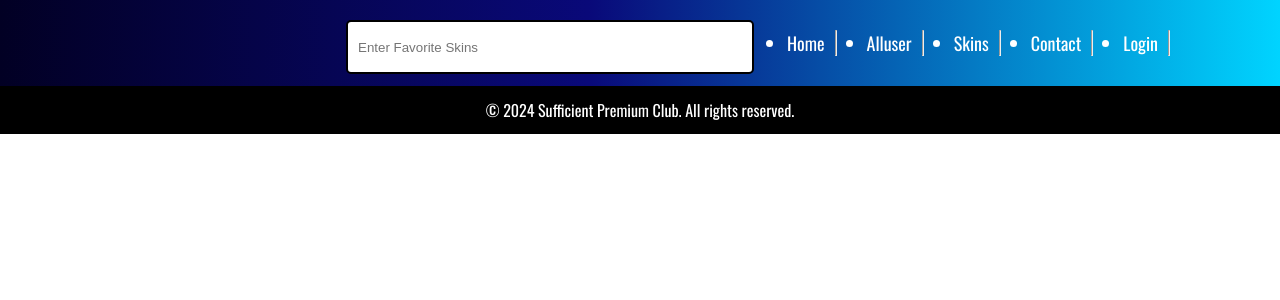
Repository: TechMukul/new
Page: /About
The author's editor kept a copy of each file at every save. The page is drawn from the files as they stood at one save, then again after the next save.
The browser window is 1280 px wide. The pictures show the whole page.
Some web fonts or font styles are not loaded; a fallback is used. The project was rebuilt for these pictures with package versions that can differ from the ones it lists, and the page was loaded fresh each time. The framework's server and built-in components were replaced by stand-ins that run in the browser. Also part of the build but not shown: next.config.mjs.

Above is the page before, as saved 2024-08-09 15:01:21.

### pages/_app.tsx
// pages/_app.tsx
import { AppProps } from 'next/app';
import Head from 'next/head'; // Import Head from next/head
import '../styles/globals.css';
import Navbar from '@/Components/Navbar';
import Footer from '@/Components/Footer';

function MyApp({ Component, pageProps }: AppProps) {
  return (
    <>
      <Head>
        <link rel="preconnect" href="https://fonts.googleapis.com" />
        <link rel="preconnect" href="https://fonts.gstatic.com"  />
        <link
          href="https://fonts.googleapis.com/css2?family=Aclonica&family=Oswald:wght@200..700&display=swap"
          rel="stylesheet"
        />
      </Head>
      <Navbar />
      <Component {...pageProps} />
      <Footer />
    </>
  );
}

export default MyApp;

### styles/globals.css
*{
  margin: 0%;
  padding: 0%;
}

body {
  font-family: 'Oswald', sans-serif; /* Apply Oswald font to the whole document */
}

h1 {
  font-family: 'Aclonica', sans-serif; /* Apply Aclonica font to all h1 elements */
}

### Components/Navbar/index.tsx
import React, { useEffect, useState } from 'react';
import style from './index.module.scss';
import Link from 'next/link';
import axios from 'axios';
import { useRouter } from 'next/router';

const Navbar = () => {
  const [isMenuOpen, setIsMenuOpen] = useState(false);
  const [coins, setCoins] = useState<number>(0);  // Fixed variable name for clarity
  const [isAuthenticated, setIsAuthenticated] = useState<boolean>(false);
  const [userRole, setUserRole] = useState<string | null>(null);
  const router = useRouter();

  const toggleMenu = () => {
    setIsMenuOpen(prevState => !prevState);
  };

  useEffect(() => {
    const token = localStorage.getItem("accessToken");
    const role = localStorage.getItem("role");
    setIsAuthenticated(!!token);
    setUserRole(role);

    const fetchCoins = async () => {
      if (token) {
        try {
          const userId = localStorage.getItem("userId");
          if (userId) {
            const response = await axios.get(
              `https://www.referback.trollsufficient.com/admin/coins/${userId}`,
              {
                headers: {
                  Authorization: `Bearer ${token}`,
                  "Content-Type": "application/json",
                },
              }
            );
            setCoins(response.data.coins);
          }
        } catch (error) {
          console.error("Error fetching coins:", error);
        }
      }
    };

    fetchCoins();
  }, [isAuthenticated]);

  const handleLogout = () => {
    localStorage.removeItem("accessToken");
    localStorage.removeItem("userName");
    localStorage.removeItem("userId");
    localStorage.removeItem("userCoins");
    localStorage.removeItem("role");
    setCoins(0);
    setIsAuthenticated(false);
    setUserRole(null);
    router.push("/");
  };

  return (
    <>
      <div className={style.hamburger} onClick={toggleMenu}>
        ☰
      </div>
      <div className={style.image}></div>
      <div className={style.search_box}>
        <input className={style.input} placeholder='Enter Favorite Skins' />
      </div>
      <ul className={`${style.caintainer} ${isMenuOpen ? style.showMenu : ''}`}>
        <li className={style.items}>
          <div className={style.name}>
            <Link href="/"  style={{textDecoration:"none",color:"white"}}>
              <p>Home</p>
            </Link>
            <hr className={style.line} />
          </div>
        </li>
        <li className={style.items}>
          <div className={style.name}>
            <Link href="/Tree"  style={{textDecoration:"none",color:"white"}}>
              <p>Alluser</p>
            </Link>
            <hr className={style.line} />
          </div>
        </li>
        <li className={style.items}>
          <div className={style.name}>
            <p>Skins</p>
            <hr className={style.line} />
          </div>
        </li>
        <li className={style.items}>
          <div className={style.name}>
            <Link href="/contact"  style={{textDecoration:"none",color:"white"}}>
              <p>Contact</p>
            </Link>
            <hr className={style.line} />
          </div>
        </li>
        <li className={style.items}>
          <div className={style.name}>
            {!isAuthenticated ? (
              <Link href="/Login"  style={{textDecoration:"none",color:"white"}}>
                <p>Login</p>
              </Link>
            ) : (
              <button
                className={style.links}
                onClick={handleLogout}
              >
                Logout
              </button>
            )}
            <hr className={style.line} />
          </div>
        </li>
      </ul>
    </>
  );
};

export default Navbar;

### Components/Footer/index.tsx
import React from 'react';
import styles from './inde.module.scss';

const Footer = () => {
  return (
    <div className={styles.footer}>
      <div className={styles.text}>
        © 2024 Sufficient Premium Club. All rights reserved.
      </div>
      <div className={`${styles.icon} ${styles['mobile-hidden']}`}>
        {/* <img
          src='https://upload.wikimedia.org/wikipedia/commons/thumb/5/5e/WhatsApp_icon.png/598px-WhatsApp_icon.png'
          alt='WhatsApp Icon'
        /> */}
      </div>
    </div>
  );
}

export default Footer;

### Components/Navbar/index.module.scss
.caintainer {
  display: flex;
  justify-content: end;
  padding: 30px;
  color: white;
  background: rgb(2,0,36);
  background: linear-gradient(90deg, rgba(2,0,36,1) 0%, rgba(9,9,121,1) 46%, rgba(0,212,255,1) 100%);
  z-index: 40;
  gap: 30px;
}
.search_box{
    width:100%;
    // border: 1px solid white;
    position: absolute;
    // background-color: red;
    display: flex;
    justify-content: center;
    top: 20px;
    right: 90px;
    .input{
      padding: 10px;
      width: 30%;
      height: 30px;
      border: 2px solid black;
      border-radius: 5px;

    }
}
.items {
  position: relative;
  right: 80px;
  font-size: 18px;
}

.name {
  display: flex;
}

.name p {
  cursor: pointer;
}

.name p:hover {
  transform: scale(1.2);
  transition: transform 0.3s linear;
}

.line {
  margin-left:10px;
}



.hamburger {
  display: none;
  font-size: 24px;
  cursor: pointer;
  position: absolute;
  left: 20px;
  top: 20px;
  z-index: 50;
}

@media screen and (max-width: 768px) {
  .caintainer {
      display: none;
  }

  .hamburger {
      display: block;
      color: white;
  }
  .line{
      display: none;
  }
  .name {
      position: absolute;
      top: 100px;
      width: 100%;
      font-size: 30px;
  }
  .name p{
      border-bottom: 1px solid white;
      border-top: 1px solid white;
  }
  .showMenu {
      display: flex;
      flex-direction: column;
      justify-content: start;
      gap: 80px;
      align-items: center;
      top: 0px;
      height: 100vh;
      width: 70%;
      list-style-type: none;
  }
  .search_box{
    width:100%;
    position: absolute;
    display: flex;
    justify-content: center;
    top: 20px;
    right: 5px;
    .input{
      padding: 10px;
      width: 60%;
      height: 30px;
      border: 2px solid black;
      border-radius: 5px;

    }
  }
}

### Components/Footer/inde.module.scss
.footer {
    width: 100%;
    height: 3rem; /* Equivalent to h-12 in Tailwind */
    display: flex;
    justify-content: center;
    align-items: center;
    background-color: black;
    color: white;
    // position: absolute;
    bottom: 0;

    .text {
      margin: 0;
    }

    .icon {
      position: absolute;
      height: 2.5rem; /* Equivalent to h-10 in Tailwind */
      width: 3rem; /* Equivalent to w-12 in Tailwind */
      bottom: 1.75rem; /* Equivalent to bottom-7 in Tailwind */
      right: 3.5rem; /* Equivalent to right-14 in Tailwind */
      cursor: pointer;
      transition: transform 0.3s ease; /* For hover effect */

      &:hover {
        transform: scale(1.10);
      }

      &.mobile-hidden {
        @media (max-width: 768px) {
          display: none; /* Hide on mobile screens */
        }
      }
    }
  }

Loaded but not shown: pages/About/index.tsx (common file)

After the next save:
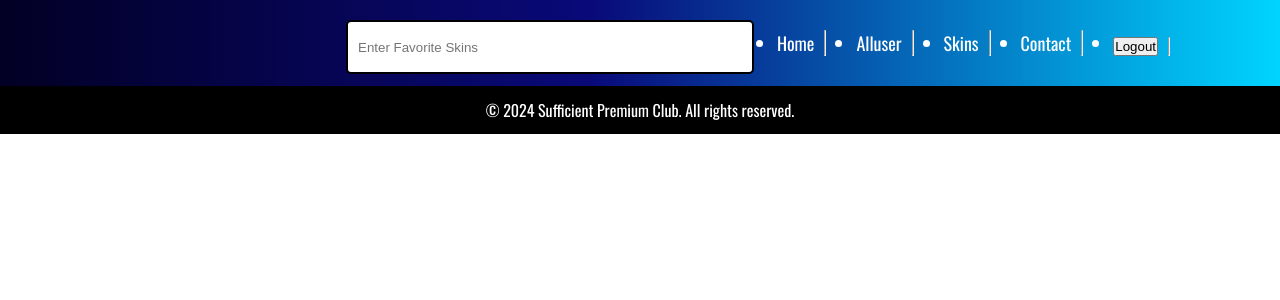
Saved 3 min 40 s later.
--- a/Components/Navbar/index.tsx
+++ b/Components/Navbar/index.tsx
@@ -18,7 +18,7 @@ const Navbar = () => {
   useEffect(() => {
     const token = localStorage.getItem("accessToken");
     const role = localStorage.getItem("role");
-    setIsAuthenticated(!!token);
+    setIsAuthenticated(true);
     setUserRole(role);
 
     const fetchCoins = async () => {
